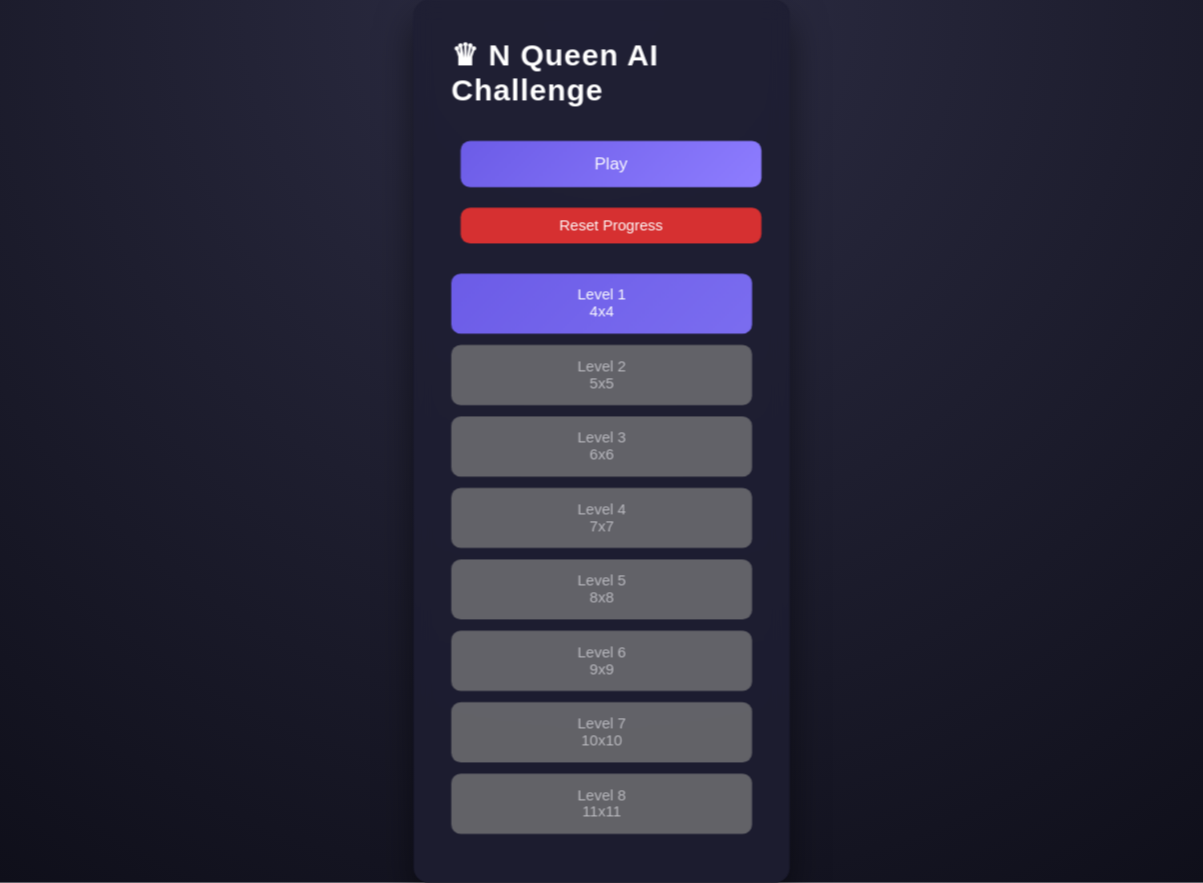
Repository: lissaintech/NQueen
Page: index.html
These files come from the project's save history. The page is drawn as it stood at one moment and after the next save; the edit follows.
The browser window is 1280 px wide. The pictures show the whole page, at 94% of full size.

Above is the page before, as saved 2026-03-08 19:17:03.

### index.html
<!DOCTYPE html>
<html>

<head>
    <meta charset="UTF-8">
    <title>N Queen AI Challenge</title>
    <link rel="stylesheet" href="style.css">
</head>

<body>

    <div id="homeScreen">

<div class="menuCard">

<h1 class="gameTitle">♛ N Queen AI Challenge</h1>

<button class="playBtn" onclick="startLevel(unlockedLevel)">Play</button>

<button class="resetBtn" onclick="resetProgress()">Reset Progress</button>

<div id="levels"></div>

</div>

</div>


    <div id="gameScreen" style="display:none;">

        <h2>Level <span id="levelDisplay"></span></h2>

        <div class="stats">

            Time: <span id="timer">00:00</span>

            Moves: <span id="moves">0</span>

        </div>

        <div id="board"></div>

       <button onclick="checkSolution()">Check</button>
        <button onclick="solveAI()">AI Solve</button>
        <button onclick="restartLevel()">Restart</button>
        <button onclick="goHome()">Home</button>

    </div>


    <div id="winScreen" style="display:none;">

        <h2>Level Complete</h2>

        <p>Time: <span id="finalTime"></span></p>

        <button onclick="nextLevel()">Next Level</button>

        <button onclick="goHome()">Home</button>

    </div>

    <script src="script.js"></script>

</body>

</html>

### style.css
body{

font-family: Arial, sans-serif;

background: radial-gradient(circle at top,#2d2d44,#0f0f1a);

color:white;

display:flex;
justify-content:center;
align-items:center;

min-height:100vh;

margin:0;

}

/* TITLE */

h1{
margin:0 0 20px 0;
}


/* GENERAL BUTTON STYLE */

button{

padding:12px 20px;

margin:10px;

border:none;

border-radius:8px;

background:#6c5ce7;

color:white;

font-size:16px;

cursor:pointer;

transition:all 0.2s ease;

}

button:hover{
background:#4834d4;
}

button:active{
transform:scale(0.95);
}


/* GAME BOARD */

#board{

display:grid;

justify-content:center;

margin-top:20px;

}

.cell{

width:60px;
height:60px;

display:flex;

align-items:center;
justify-content:center;

font-size:34px;

cursor:pointer;

transition:all 0.15s ease;

}

.white{

background:#f0d9b5;

color:black;

}

.black{

background:#b58863;

}


/* GAME STATS */

.stats{

margin:10px;

font-size:18px;

}


/* QUEEN ICON */

.queen{

width:38px;
height:38px;

pointer-events:none;

}


/* ATTACK HINT GLOW */

.attack{

box-shadow: inset 0 0 12px rgba(255,80,80,0.9);

animation: attackFade 1.2s ease forwards;

}

@keyframes attackFade{

0%{
box-shadow: inset 0 0 18px rgba(255,80,80,1);
}

100%{
box-shadow: inset 0 0 6px rgba(255,80,80,0.25);
}

}


/* MENU CARD */

.menuCard{

background:rgba(30,30,50,0.85);

padding:40px;

border-radius:16px;

box-shadow:0 20px 40px rgba(0,0,0,0.5);

width:320px;

backdrop-filter:blur(10px);

}


/* GAME TITLE */

.gameTitle{

font-size:32px;

margin-bottom:25px;

letter-spacing:1px;

}


/* PLAY BUTTON */

.playBtn{

width:100%;

padding:14px;

font-size:18px;

background:linear-gradient(135deg,#6c5ce7,#8e7dff);

border:none;

border-radius:10px;

margin-bottom:12px;

cursor:pointer;

}

.playBtn:hover{

transform:translateY(-2px);

box-shadow:0 8px 20px rgba(0,0,0,0.4);

}


/* RESET BUTTON */

.resetBtn{

width:100%;

padding:10px;

background:#d63031;

border:none;

border-radius:10px;

margin-bottom:20px;

cursor:pointer;

}

.resetBtn:hover{

background:#b71c1c;

}


/* LEVEL BUTTONS */

#levels button{

display:block;

margin:12px auto;

width:100%;

padding:14px;

font-size:16px;

border-radius:10px;

background:linear-gradient(135deg,#6c5ce7,#7b6df0);

}

#levels button:hover{

transform:translateY(-2px);

box-shadow:0 6px 15px rgba(0,0,0,0.35);

}


/* LOCKED LEVELS */

#levels button:disabled{

background:#7a7a7a;

cursor:not-allowed;

opacity:0.7;

transform:none;

box-shadow:none;

}

### script.js
let currentLevel = 1;
let maxLevel = 8;

let n;
let board;

let moves = 0;
let seconds = 0;
let timerInterval;

let unlockedLevel = localStorage.getItem("unlockedLevel") || 1;



// SOUND EFFECTS

const placeSound = new Audio("place.mp3");
const winSound = new Audio("win.mp3");



// SHOW LEVELS SCREEN

function showLevels(){

 document.getElementById("homeScreen").style.display="block";
 document.getElementById("gameScreen").style.display="none";
 document.getElementById("winScreen").style.display="none";

 let levelDiv = document.getElementById("levels");
 levelDiv.innerHTML="";

 for(let i=1;i<=maxLevel;i++){

  let btn=document.createElement("button");

  let bestTime = localStorage.getItem("bestTime_"+i);

  let size = (i+3)+"x"+(i+3);

  let star = bestTime ? "⭐" : "";

  btn.innerHTML = `
  <div class="levelCard">
  <div class="levelTitle">Level ${i}</div>
  <div class="levelSize">${size}</div>
  <div class="levelMeta">${star} ${bestTime ? bestTime : ""}</div>
  </div>
  `;
   if(i>unlockedLevel){

     btn.disabled=true;
     btn.style.background="gray";

   }else{

     btn.onclick=()=>startLevel(i);

   }

   levelDiv.appendChild(btn);
 }
}



// START LEVEL

function startLevel(level){

 currentLevel = level;
 n = level+3;

 board = new Array(n).fill(-1);

 moves = 0;
 seconds = 0;

 updateMoves();
 updateTimerDisplay();

 document.getElementById("levelDisplay").innerText=level;

 document.getElementById("homeScreen").style.display="none";
 document.getElementById("gameScreen").style.display="block";

 createBoard();
 startTimer();
}



// CREATE BOARD

function createBoard(){

 let boardDiv=document.getElementById("board");

 boardDiv.innerHTML="";

 boardDiv.style.gridTemplateColumns=`repeat(${n},60px)`;

 for(let row=0;row<n;row++){

   for(let col=0;col<n;col++){

     let cell=document.createElement("div");

     cell.className="cell "+((row+col)%2==0?"white":"black");

     cell.id=row+"-"+col;

     cell.onclick=()=>placeQueen(row,col);

     boardDiv.appendChild(cell);
   }
 }
}



// PLACE QUEEN

function placeQueen(row,col){

 placeSound.play();

 if(board[row]==col)
   board[row]=-1;
 else
   board[row]=col;

 moves++;

 updateMoves();
 updateBoardUI();

 setTimeout(()=>{
document.querySelectorAll(".attack").forEach(cell=>{
cell.classList.remove("attack");
});
},2000);
}



// UPDATE BOARD

function updateBoardUI(){

 for(let row=0;row<n;row++){
   for(let col=0;col<n;col++){

     let cell=document.getElementById(row+"-"+col);

     cell.classList.remove("attack");

     if(board[row]==col){
       cell.innerText="♛";
     }else{
       cell.innerText="";
     }
   }
 }

    document.querySelectorAll(".cell").forEach(cell=>{
    cell.classList.remove("attack");
    });

 // mark attacked cells

 for(let r=0;r<n;r++){

   if(board[r]==-1) continue;

   let c=board[r];

   for(let i=0;i<n;i++){

     // same column
     if(i!=r){
       let cell=document.getElementById(i+"-"+c);
       cell.classList.add("attack");
     }

     // diagonals
     let d1=c+(i-r);
     let d2=c-(i-r);

     if(d1>=0 && d1<n){
       let cell=document.getElementById(i+"-"+d1);
       cell.classList.add("attack");
     }

     if(d2>=0 && d2<n){
       let cell=document.getElementById(i+"-"+d2);
       cell.classList.add("attack");
     }
   }
 }
}



// TIMER

function startTimer(){

 clearInterval(timerInterval);

 timerInterval=setInterval(()=>{

   seconds++;
   updateTimerDisplay();

 },1000);
}



function updateTimerDisplay(){

 let m=Math.floor(seconds/60);
 let s=seconds%60;

 document.getElementById("timer").innerText=
 String(m).padStart(2,'0')+":"+
 String(s).padStart(2,'0');
}



// MOVES

function updateMoves(){

 document.getElementById("moves").innerText=moves;
}



// CHECK SOLUTION

function checkSolution(){

 if(isValid()){

   winSound.play();

   clearInterval(timerInterval);

   saveBestTime();

   unlockNextLevel();

   document.getElementById("finalTime").innerText=
     document.getElementById("timer").innerText;

   document.getElementById("gameScreen").style.display="none";
   document.getElementById("winScreen").style.display="block";

 }else{

   alert("Invalid placement");
 }
}



// SAVE BEST TIME

function saveBestTime(){

 let key="bestTime_"+currentLevel;

 let oldTime=localStorage.getItem(key);

 if(!oldTime || seconds < timeToSeconds(oldTime)){

   localStorage.setItem(key,document.getElementById("timer").innerText);
 }
}



// CONVERT MM:SS TO SECONDS

function timeToSeconds(time){

 let parts=time.split(":");

 return parseInt(parts[0])*60 + parseInt(parts[1]);
}



// UNLOCK NEXT LEVEL

function unlockNextLevel(){

 if(currentLevel>=unlockedLevel){

   unlockedLevel++;

   localStorage.setItem("unlockedLevel",unlockedLevel);
 }
}



// VALIDATE

function isValid(){

 for(let i=0;i<n;i++){

   if(board[i]==-1) return false;

   for(let j=i+1;j<n;j++){

     if(board[i]==board[j]) return false;

     if(Math.abs(board[i]-board[j])==Math.abs(i-j))
       return false;
   }
 }

 return true;
}



// AI SOLVER

function solveAI(){

 let sol=new Array(n).fill(-1);

 if(backtrack(sol,0)){

   board=sol;

   updateBoardUI();
 }
}



function backtrack(sol,row){

 if(row==n) return true;

 for(let col=0;col<n;col++){

   if(isSafe(sol,row,col)){

     sol[row]=col;

     if(backtrack(sol,row+1)) return true;
   }
 }

 sol[row]=-1;

 return false;
}



function isSafe(sol,row,col){

 for(let i=0;i<row;i++){

   if(sol[i]==col) return false;

   if(Math.abs(sol[i]-col)==Math.abs(i-row))
     return false;
 }

 return true;
}



// NAVIGATION

function nextLevel(){

 startLevel(currentLevel+1);
}

function goHome(){

 showLevels();
}



// INIT

showLevels();


//RESTART

function restartLevel(){
 startLevel(currentLevel);
}

//RESET PROGRESS

function resetProgress(){

 if(confirm("Reset all progress?")){

   for(let i=1;i<=maxLevel;i++){
     localStorage.removeItem("bestTime_"+i);
   }

   localStorage.setItem("unlockedLevel",1);
   unlockedLevel = 1;

   showLevels();
 }
}

After the next save:
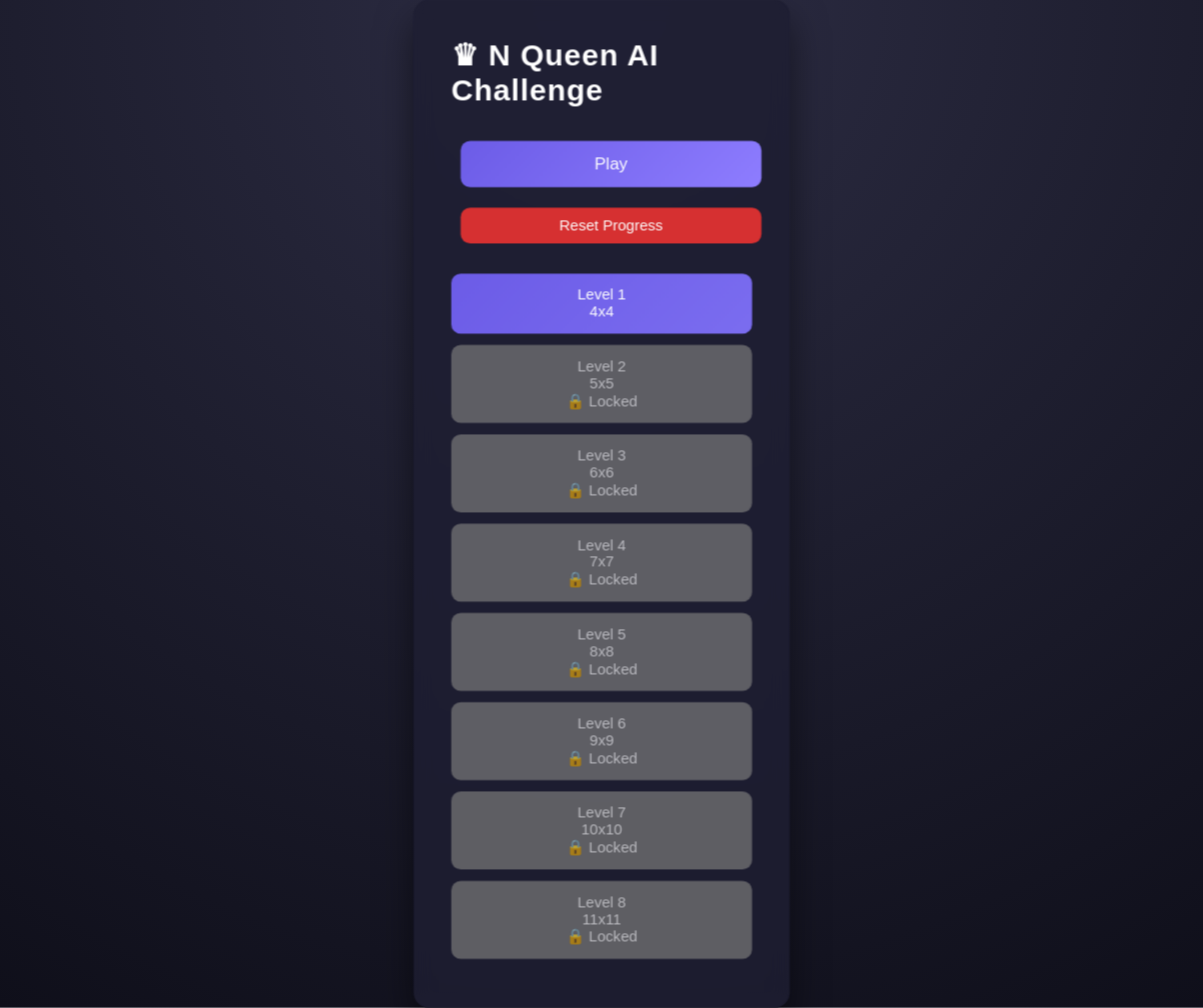
Saved 20 s later.
--- a/script.js
+++ b/script.js
@@ -47,16 +47,23 @@ function showLevels(){
   <div class="levelMeta">${star} ${bestTime ? bestTime : ""}</div>
   </div>
   `;
-   if(i>unlockedLevel){
-
-     btn.disabled=true;
-     btn.style.background="gray";
-
-   }else{
-
-     btn.onclick=()=>startLevel(i);
-
-   }
+  if(i>unlockedLevel){
+
+ btn.disabled=true;
+
+ btn.innerHTML = `
+ <div class="levelCard locked">
+ <div class="levelTitle">Level ${i}</div>
+ <div class="levelSize">${size}</div>
+ <div class="levelMeta">🔒 Locked</div>
+ </div>
+ `;
+
+}else{
+
+ btn.onclick=()=>startLevel(i);
+
+}
 
    levelDiv.appendChild(btn);
  }
